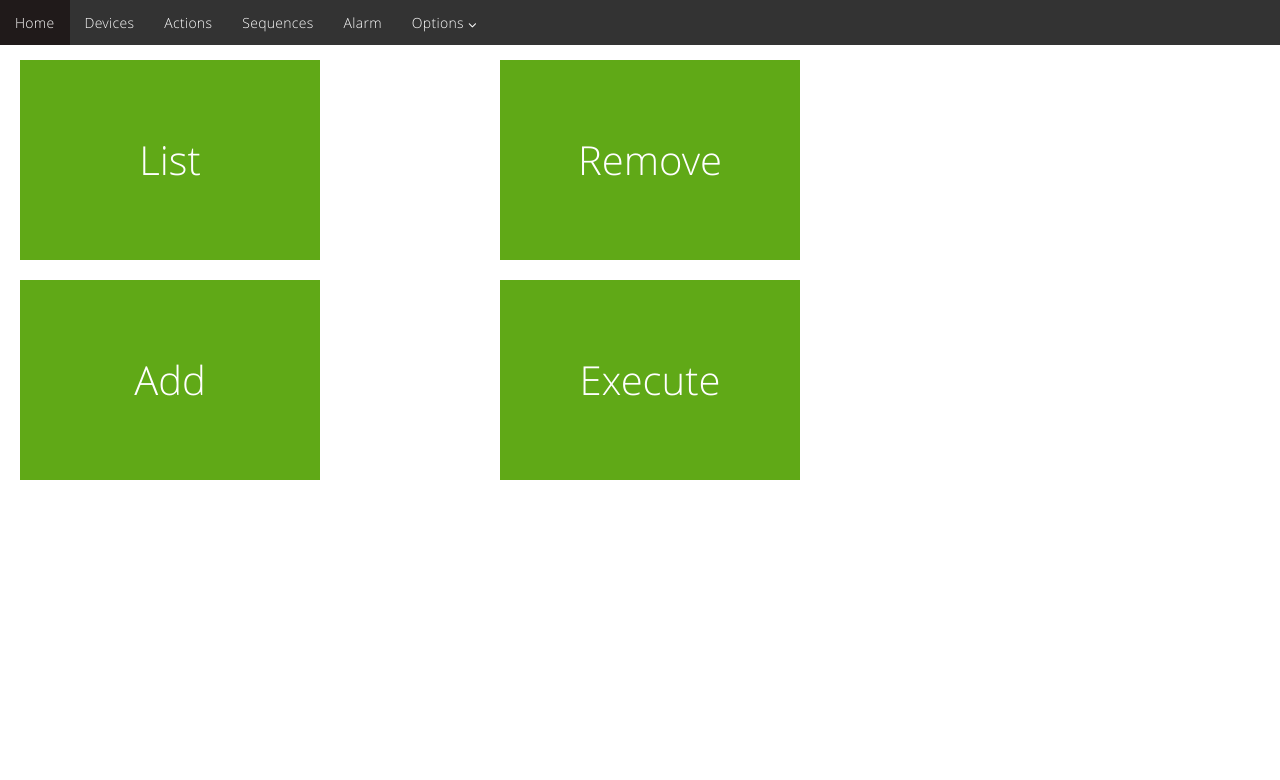
Repository: Pietvergiet/RPiProject
Page: http://localhost/RPi/Action
The author's editor kept a copy of each file at every save. The page is drawn from the files as they stood at one save, then again after the next save.
The browser window is 1280 px wide. The pictures show the whole page.
The page is served by Tomcat 9. Other server files are loaded and not shown.

Above is the page before, as saved 2014-10-27 13:26:16.

### RPi/src/main/webapp/Action.jsp
<%@ page language="java" contentType="text/html; charset=ISO-8859-1"
    pageEncoding="ISO-8859-1"%>
<!DOCTYPE html PUBLIC "-//W3C//DTD HTML 4.01 Transitional//EN" "http://www.w3.org/TR/html4/loose.dtd">
<html>
<head>

        <link rel="stylesheet" href="BootstrapMetro/docs/css/metro-bootstrap.css">
        <script src="BootstrapMetro/docs/js/jquery/jquery.min.js"></script>
        <script src="BootstrapMetro/docs/js/jquery/jquery.widget.min.js"></script>
        <script src="BootstrapMetro/min/metro.min.js"></script>
        <link rel="shortcut icon" href="images/remote_control.ico" />
	    <title>SuperRemotely</title>

</head>
<body class="metro">
<!-- Header -->
<nav class="navigation-bar dark fixed-top">
	<nav class="navigation-bar-content">
        <ul class="element-menu">
        	<li><a href="/RPi">Home</a></li>
        	<li><a href="./Devices">Devices</a></li>
        	<li><a href="./Action">Actions</a></li>
        	<li><a href="#Sequence">Sequences</a></li>
        	<li><a href="#Alarm">Alarm</a></li>
        	<li>
                <a class="dropdown-toggle" href="#Options">Options</a>
                <ul class="dropdown-menu dark" data-role="dropdown" style="display: none;">
                	<li><a href="#Time">Set the time</a></li>
                    <li><a href="#Record">Record new action</a></li>
                    <li><a href="#Add">Add a new Device</a></li>
                    <li><a href="#Remove">Remove a device</a></li>
                    <li><a href="#Edit">Remove an action</a></li>
                </ul>
            </li>
    	</ul>
    </nav>
</nav>

<!-- Body -->
<div class="grid" style="margin-left:20px;margin-top:60px">
	<div class="grid">

		<form method="post" action="doAction">
			<div class="row" >
				<div class="span6"><input name="button" class="bg-green bg-hover-lime fg-white" type="submit" value="List" style="font-size:40px; height:200px; width:300px;"></div>
				<div class="span6"><input name="button" class="bg-green bg-hover-lime fg-white" type="submit" value="Remove" style="font-size:40px; height:200px; width:300px;"></div>
			</div>
			<div class="row">
				<div class="span6"><input name="button" class="bg-green bg-hover-lime fg-white" type="submit" value="Add" style="font-size:40px; height:200px; width:300px;"></div>
				<div class="span6"><input name="button" class="bg-green bg-hover-lime fg-white" type="submit" value="Execute" style="font-size:40px; height:200px; width:300px;"></div>
			</div>
		</form>

</div>
</body>
</html>

Loaded but not shown: RPi/src/main/webapp/BootstrapMetro/docs/css/metro-bootstrap.css (library); RPi/src/main/webapp/BootstrapMetro/docs/js/jquery/jquery.min.js (library); RPi/src/main/webapp/BootstrapMetro/docs/js/jquery/jquery.widget.min.js (library); RPi/src/main/webapp/BootstrapMetro/min/metro.min.js (library)

After the next save:
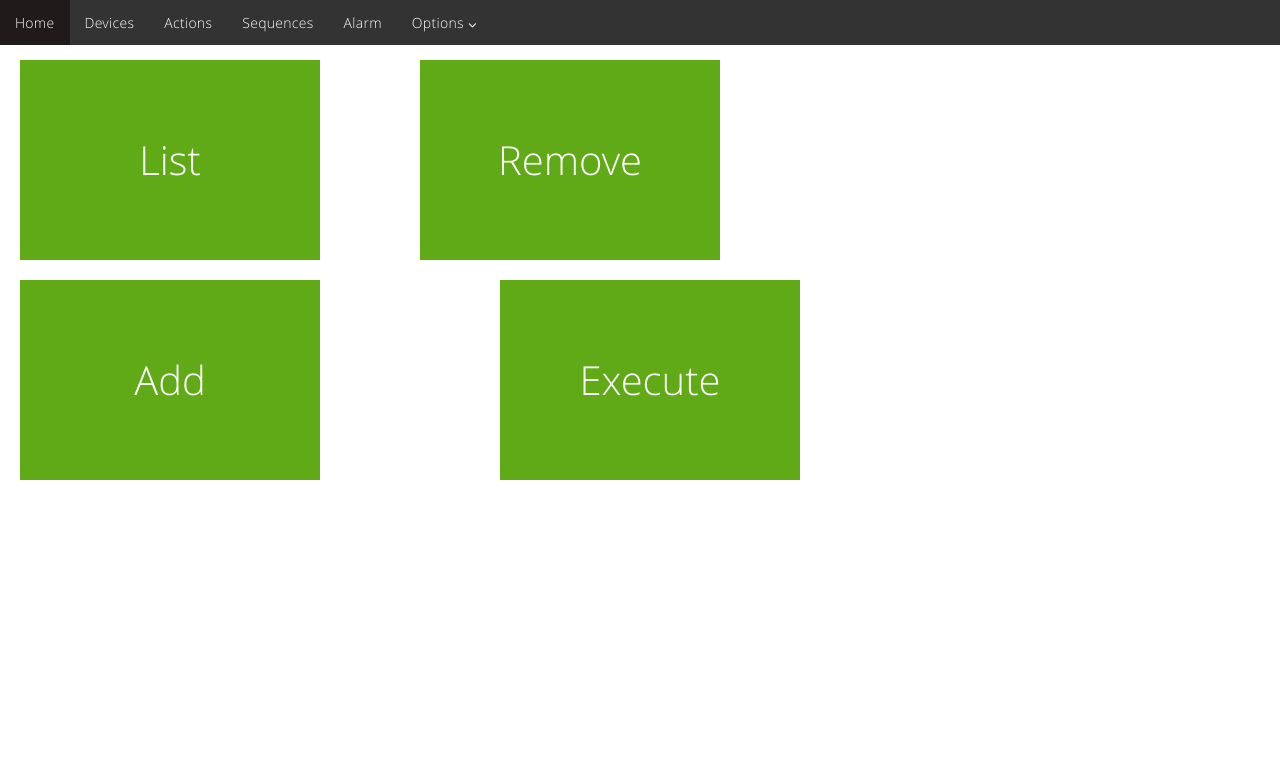
Saved 37 s later.
--- a/RPi/src/main/webapp/Action.jsp
+++ b/RPi/src/main/webapp/Action.jsp
@@ -42,8 +42,8 @@
 
 		<form method="post" action="doAction">
 			<div class="row" >
-				<div class="span6"><input name="button" class="bg-green bg-hover-lime fg-white" type="submit" value="List" style="font-size:40px; height:200px; width:300px;"></div>
-				<div class="span6"><input name="button" class="bg-green bg-hover-lime fg-white" type="submit" value="Remove" style="font-size:40px; height:200px; width:300px;"></div>
+				<div class="span5"><input name="button" class="bg-green bg-hover-lime fg-white" type="submit" value="List" style="font-size:40px; height:200px; width:300px;"></div>
+				<div class="span5"><input name="button" class="bg-green bg-hover-lime fg-white" type="submit" value="Remove" style="font-size:40px; height:200px; width:300px;"></div>
 			</div>
 			<div class="row">
 				<div class="span6"><input name="button" class="bg-green bg-hover-lime fg-white" type="submit" value="Add" style="font-size:40px; height:200px; width:300px;"></div>
